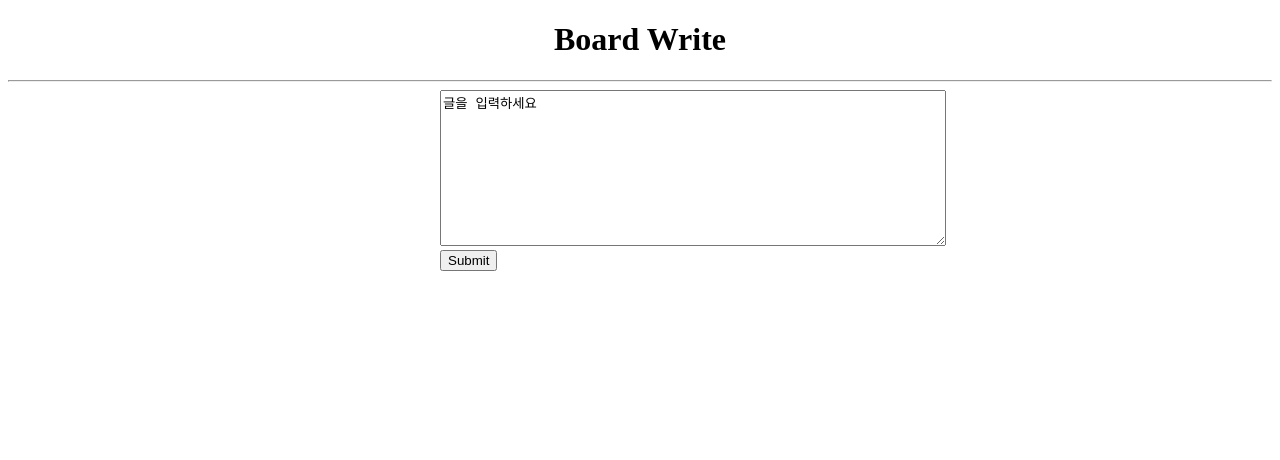
Repository: ByeonYJ/CSSTest
Page: GMSUI/WebContent/board/board_write.html
The author's editor kept a copy of each file at every save. The page is drawn from the files as they stood at one save, then again after the next save.
The browser window is 1280 px wide. The pictures show the whole page.

Above is the page before, as saved 2017-07-20 02:37:00.

### GMSUI/WebContent/board/board_write.html
<!DOCTYPE html>
<html>
<head>
<meta charset="UTF-8">
<title>Insert title here</title>
<style>
.text-center{text-align: center;}
.border-black{border: 1px solid black;}
.width-30pro{width:30%}
.text-deco-none{text-decoration: none;}
.table-border{border-collapse: collapse;}
.margin-auto{margin:0 auto;}
.list-none{list-style-type:none;}
.inline-block{display:inline-block}
.bgcolor-yellow{background-color:yellow;}
.bgcolor-red{background-color:red;}
.bgcolor-blue{background-color:blue;}
.float-right{float:right}
</style>
</head>
<body>
	<div id="wrapper" style="width: 100%">
   <h1 class="text-center" style="">Board Write</h1>
   <hr/>
</div>
<div id="container" class="margin-auto" style="width: 400px">
<form action="board_list.html" method="get">
  <textarea name="message" rows="10" cols="30" style="width: 500px">글을 입력하세요</textarea>
  <br>
  <input type="submit">
</form>
</div>
</body>
</html>

After the next save:
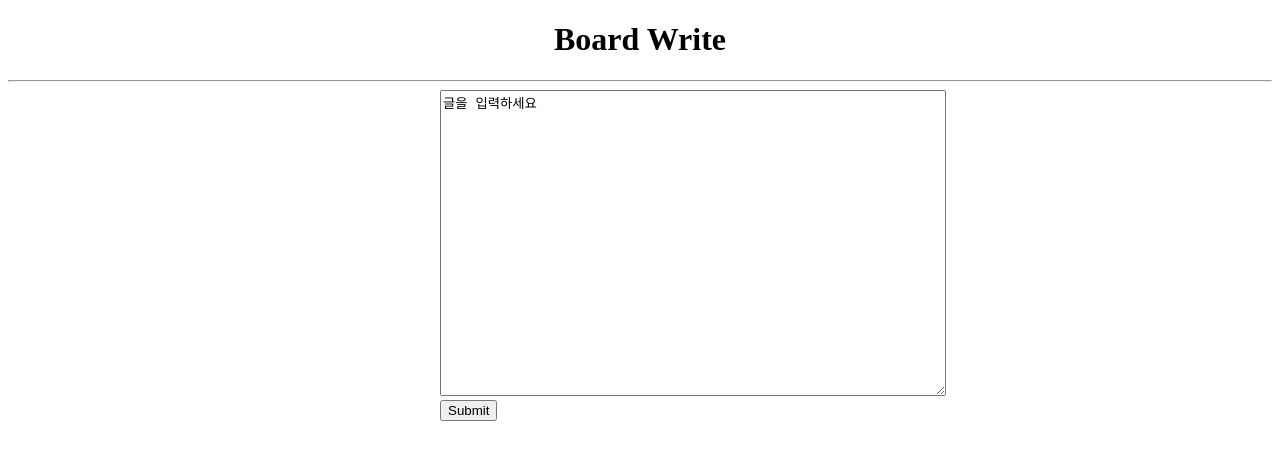
Saved 2 min 27 s later.
--- a/GMSUI/WebContent/board/board_write.html
+++ b/GMSUI/WebContent/board/board_write.html
@@ -25,7 +25,7 @@
 </div>
 <div id="container" class="margin-auto" style="width: 400px">
 <form action="board_list.html" method="get">
-  <textarea name="message" rows="10" cols="30" style="width: 500px">글을 입력하세요</textarea>
+  <textarea name="message" rows="20" cols="50" style="width: 500px">글을 입력하세요</textarea>
   <br>
   <input type="submit">
 </form>
